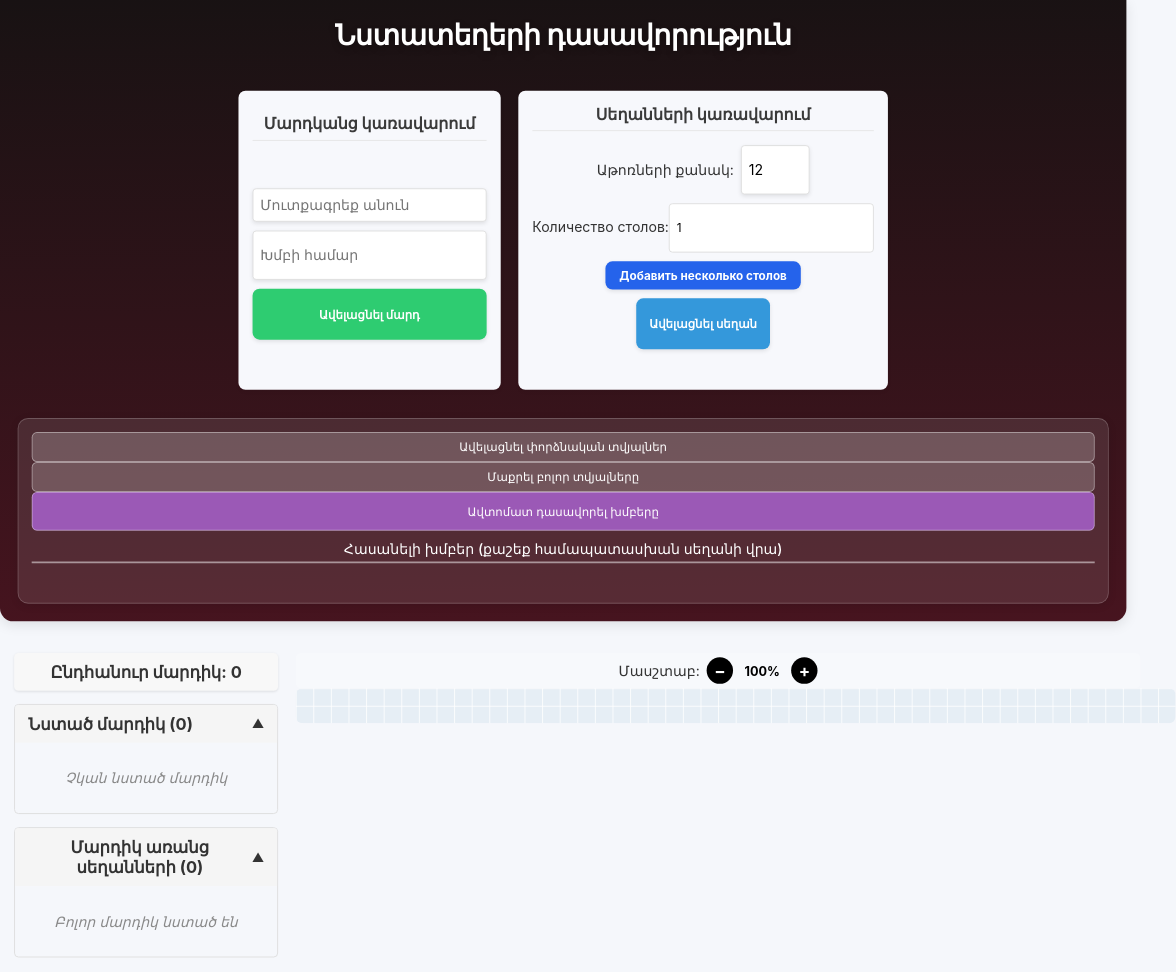
Repository: Vahan-23/Table-V2
Page: /
An editor plug-in stored every save of this project. The page is shown before and after the next save, followed by the edit.
The browser window is 1280 px wide. The page is 1336 px wide, so the pictures cover 1336 px, including what lies to the right of the window. The pictures show the whole page, at 88% of full size.
The project was rebuilt for these pictures with package versions that can differ from the ones it lists, and the page was loaded fresh each time.

Above is the page before, as saved 2025-03-03 12:42:08.

After the next save:
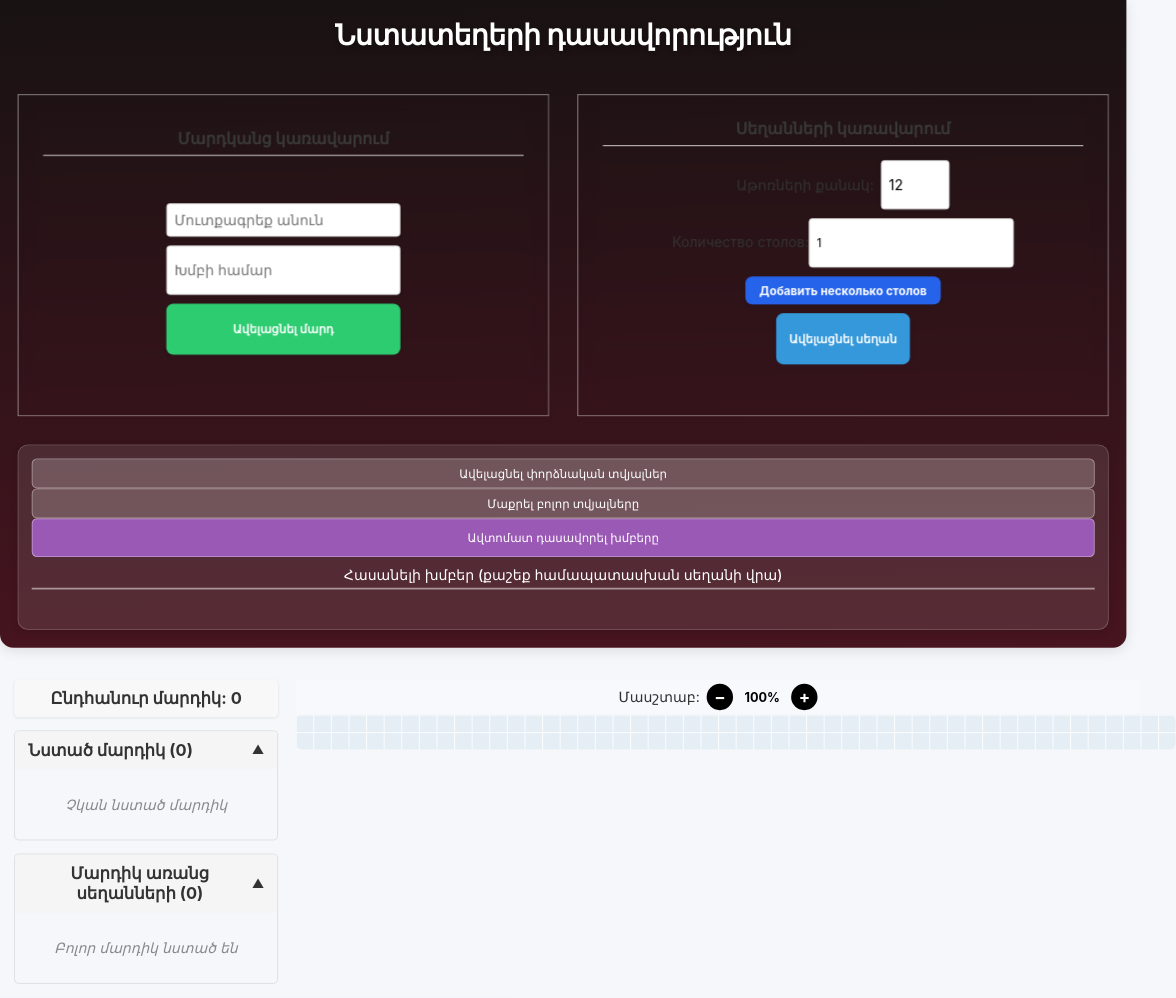
Saved 45 s later.
--- a/src/component/App.css
+++ b/src/component/App.css
@@ -49,23 +49,29 @@ body {
 .header-sections {
   display: flex;
   width: 100%;
-  gap: 20px;
-  margin-top: 20px;
-  justify-content: center;
+  gap: 2rem;
+  margin-top: 1.5rem;
+  justify-content: center;
+  flex-wrap: wrap;
 }
 
 .header-section {
-  /* flex: 1 1; */
+  flex: 1 1 400px;
+  max-width: 550px;
   display: flex;
   height: auto;
-  background-color: #f7f8fc;
-  border-radius: 8px;
-  padding: 16px;
-  box-shadow: 0 2px 5px rgba(0, 0, 0, 0.05);
+  background: var(--card-bg);
+  border-radius: var(--border-radius);
+  padding: 1.75rem;
+  box-shadow: var(--shadow-md);
   flex-direction: column;
   justify-content: space-around;
-}
-
+  transition: var(--transition-normal);
+  backdrop-filter: blur(10px);
+  -webkit-backdrop-filter: blur(10px);
+  border: 1px solid rgba(255, 255, 255, 0.5);
+  overflow: hidden;
+}
 .section-main-title {
   color: #3a3a3a;
   margin-top: 0;
